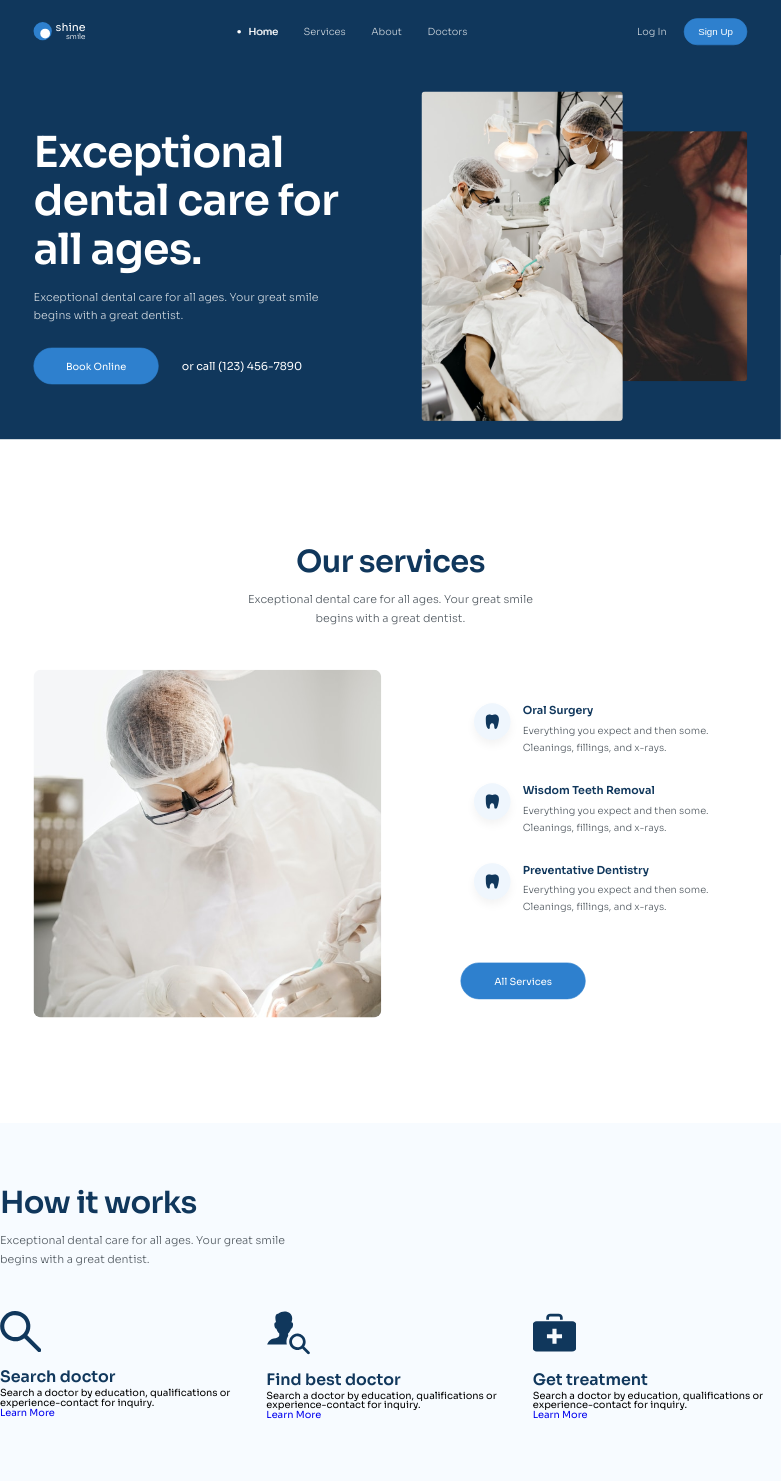
Repository: anhtien111198/f8-htmlcss-03
Page: index.html
These files come from the project's save history. The page is drawn as it stood at one moment and after the next save; the edit follows.
The browser window is 1280 px wide. The pictures show the whole page, at 61% of full size.

Above is the page before, as saved 2023-05-13 14:29:13.

### index.html
<!DOCTYPE html>
<html lang="en">
    <head>
        <meta charset="UTF-8" />
        <meta http-equiv="X-UA-Compatible" content="IE=edge" />
        <meta name="viewport" content="width=device-width, initial-scale=1.0" />
        <title>shine smile</title>
        <!-- favicon -->
        <link
            rel="apple-touch-icon"
            sizes="57x57"
            href="./assets/favicon/apple-icon-57x57.png"
        />
        <link
            rel="apple-touch-icon"
            sizes="60x60"
            href="./assets/favicon/apple-icon-60x60.png"
        />
        <link
            rel="apple-touch-icon"
            sizes="72x72"
            href="./assets/favicon/apple-icon-72x72.png"
        />
        <link
            rel="apple-touch-icon"
            sizes="76x76"
            href="./assets/favicon/apple-icon-76x76.png"
        />
        <link
            rel="apple-touch-icon"
            sizes="114x114"
            href="./assets/favicon/apple-icon-114x114.png"
        />
        <link
            rel="apple-touch-icon"
            sizes="120x120"
            href="./assets/favicon/apple-icon-120x120.png"
        />
        <link
            rel="apple-touch-icon"
            sizes="144x144"
            href="./assets/favicon/apple-icon-144x144.png"
        />
        <link
            rel="apple-touch-icon"
            sizes="152x152"
            href="./assets/favicon/apple-icon-152x152.png"
        />
        <link
            rel="apple-touch-icon"
            sizes="180x180"
            href="./assets/favicon/apple-icon-180x180.png"
        />
        <link
            rel="icon"
            type="image/png"
            sizes="192x192"
            href="./assets/favicon/android-icon-192x192.png"
        />
        <link
            rel="icon"
            type="image/png"
            sizes="32x32"
            href="./assets/favicon/favicon-32x32.png"
        />
        <link
            rel="icon"
            type="image/png"
            sizes="96x96"
            href="./assets/favicon/favicon-96x96.png"
        />
        <link
            rel="icon"
            type="image/png"
            sizes="16x16"
            href="./assets/favicon/favicon-16x16.png"
        />
        <link rel="manifest" href="./assets/favicon/manifest.json" />
        <meta name="msapplication-TileColor" content="#ffffff" />
        <meta
            name="msapplication-TileImage"
            content="./assets/favicon/ms-icon-144x144.png"
        />
        <meta name="theme-color" content="#ffffff" />
        <!-- font -->
        <link rel="preconnect" href="https://fonts.googleapis.com" />
        <link rel="preconnect" href="https://fonts.gstatic.com" crossorigin />
        <link
            href="https://fonts.googleapis.com/css2?family=Sora:wght@200;300;400;500;600;700;800&display=swap"
            rel="stylesheet"
        />
        <!-- reset css -->
        <link rel="stylesheet" href="./assets/css/reset.css" />
        <!-- style css -->
        <link rel="stylesheet" href="./assets/css/style.css" />
    </head>
    <body>
        <!-- header -->
        <header class="header">
            <div class="container">
                <!-- header top -->
                <div class="header-top">
                    <!-- logo -->
                    <a href="/">
                        <div class="logo">
                            <span class="logo__circle"></span>
                            <span class="logo__text">
                                <span class="logo__brand">shine</span>
                                <span class="logo__brand logo__brand--small">
                                    smile
                                </span>
                            </span>
                        </div>
                    </a>
                    <!-- navbar -->
                    <nav class="navbar">
                        <ul class="navbar__list">
                            <li class="navbar__item">
                                <a
                                    href="#!"
                                    class="navbar__link navbar__link--active"
                                >
                                    Home
                                </a>
                            </li>
                            <li class="navbar__item">
                                <a href="#!" class="navbar__link">Services</a>
                            </li>
                            <li class="navbar__item">
                                <a href="#!" class="navbar__link">About</a>
                            </li>
                            <li class="navbar__item">
                                <a href="#!" class="navbar__link">Doctors</a>
                            </li>
                        </ul>
                    </nav>
                    <!-- action -->
                    <div class="header-action">
                        <a href="#!" class="header-action__login">Log In</a>
                        <button href="#!" class="btn header-action__signup">
                            Sign Up
                        </button>
                    </div>
                </div>
                <!-- Hero -->
                <section class="hero">
                    <!-- hero content -->
                    <section class="hero__content">
                        <h1 class="hero__heading">
                            Exceptional dental care for all ages.
                        </h1>
                        <p class="hero__desc">
                            Exceptional dental care for all ages. Your great
                            smile begins with a great dentist.
                        </p>
                        <div class="hero__row">
                            <a href="" class="btn">Book Online</a>
                            <span class="hero__phone"
                                >or call (123) 456-7890</span
                            >
                        </div>
                    </section>
                    <!-- hero media -->
                    <div class="hero__media">
                        <figure class="hero__images">
                            <img
                                src="./assets/image/hero-01jpg.jpg"
                                alt=""
                                class="hero__img"
                            />
                            <img
                                src="./assets/image/hero-02.jpg"
                                alt=""
                                class="hero__img"
                            />
                        </figure>
                    </div>
                </section>
            </div>
        </header>
        <main style="height: 5000">
            <!-- service -->
            <section class="service">
                <div class="container">
                    <h2 class="service__heading section-heading">
                        Our services
                    </h2>
                    <p class="service__desc section-desc">
                        Exceptional dental care for all ages. Your great smile
                        begins with a great dentist.
                    </p>
                    <div class="service__row">
                        <figure class="service__images">
                            <img
                                src="./assets/image/service-1.jpg"
                                alt=""
                                class="service__img"
                            />
                        </figure>
                        <div>
                            <div class="service__list">
                                <!-- service item 1 -->
                                <section class="service-item">
                                    <div class="service-item__icon">
                                        <svg
                                            width="22"
                                            height="24"
                                            viewBox="0 0 22 24"
                                            fill="none"
                                            xmlns="http://www.w3.org/2000/svg"
                                        >
                                            <path
                                                d="M20.3598 2.63964C17.9506 -0.556131 14.2772 -0.568132 11.2481 1.10682C11.001 1.24657 10.7219 1.31411 10.4406 1.30222C10.1592 1.29033 9.88633 1.19945 9.65105 1.03931C8.49552 0.245717 7.29036 -0.316477 5.13904 0.207462C0.623408 1.3071 0 4.90379 0 8.99816C0.0797353 12.1602 0.500857 15.3032 1.25551 18.3683C2.11836 22.0168 3.90382 24 5.43354 24C6.96326 24 7.00963 22.2204 7.00963 20.8016C7.00963 19.2009 7.39505 14.8009 10.8642 14.8009C13.5317 14.8009 14.3333 18.4013 14.3333 20.8016C14.3329 23.095 15.1722 24 16.6628 24C19.5267 24 20.9796 15.3938 21.3719 13.1237C21.7642 10.8535 22.9882 6.12569 20.3598 2.63964Z"
                                                fill="currentColor"
                                            />
                                        </svg>
                                    </div>
                                    <div class="service-item__body">
                                        <h3 class="service-item__heading">
                                            Oral Surgery
                                        </h3>
                                        <p class="service-item__desc">
                                            Everything you expect and then some.
                                            Cleanings, fillings, and x-rays.
                                        </p>
                                    </div>
                                </section>
                                <!-- service item 2 -->
                                <section class="service-item">
                                    <div class="service-item__icon">
                                        <svg
                                            width="22"
                                            height="24"
                                            viewBox="0 0 22 24"
                                            fill="none"
                                            xmlns="http://www.w3.org/2000/svg"
                                        >
                                            <path
                                                d="M20.3598 2.63964C17.9506 -0.556131 14.2772 -0.568132 11.2481 1.10682C11.001 1.24657 10.7219 1.31411 10.4406 1.30222C10.1592 1.29033 9.88633 1.19945 9.65105 1.03931C8.49552 0.245717 7.29036 -0.316477 5.13904 0.207462C0.623408 1.3071 0 4.90379 0 8.99816C0.0797353 12.1602 0.500857 15.3032 1.25551 18.3683C2.11836 22.0168 3.90382 24 5.43354 24C6.96326 24 7.00963 22.2204 7.00963 20.8016C7.00963 19.2009 7.39505 14.8009 10.8642 14.8009C13.5317 14.8009 14.3333 18.4013 14.3333 20.8016C14.3329 23.095 15.1722 24 16.6628 24C19.5267 24 20.9796 15.3938 21.3719 13.1237C21.7642 10.8535 22.9882 6.12569 20.3598 2.63964Z"
                                                fill="currentColor"
                                            />
                                        </svg>
                                    </div>
                                    <div class="service-item__body">
                                        <h3 class="service-item__heading">
                                            Wisdom Teeth Removal
                                        </h3>
                                        <p class="service-item__desc">
                                            Everything you expect and then some.
                                            Cleanings, fillings, and x-rays.
                                        </p>
                                    </div>
                                </section>
                                <!-- service item 3 -->
                                <section class="service-item">
                                    <div class="service-item__icon">
                                        <svg
                                            width="22"
                                            height="24"
                                            viewBox="0 0 22 24"
                                            fill="none"
                                            xmlns="http://www.w3.org/2000/svg"
                                        >
                                            <path
                                                d="M20.3598 2.63964C17.9506 -0.556131 14.2772 -0.568132 11.2481 1.10682C11.001 1.24657 10.7219 1.31411 10.4406 1.30222C10.1592 1.29033 9.88633 1.19945 9.65105 1.03931C8.49552 0.245717 7.29036 -0.316477 5.13904 0.207462C0.623408 1.3071 0 4.90379 0 8.99816C0.0797353 12.1602 0.500857 15.3032 1.25551 18.3683C2.11836 22.0168 3.90382 24 5.43354 24C6.96326 24 7.00963 22.2204 7.00963 20.8016C7.00963 19.2009 7.39505 14.8009 10.8642 14.8009C13.5317 14.8009 14.3333 18.4013 14.3333 20.8016C14.3329 23.095 15.1722 24 16.6628 24C19.5267 24 20.9796 15.3938 21.3719 13.1237C21.7642 10.8535 22.9882 6.12569 20.3598 2.63964Z"
                                                fill="currentColor"
                                            />
                                        </svg>
                                    </div>
                                    <div class="service-item__body">
                                        <h3 class="service-item__heading">
                                            Preventative Dentistry
                                        </h3>
                                        <p class="service-item__desc">
                                            Everything you expect and then some.
                                            Cleanings, fillings, and x-rays.
                                        </p>
                                    </div>
                                </section>
                            </div>
                            <a href="#!" class="btn">All Services</a>
                        </div>
                    </div>
                </div>
            </section>
            <!-- how its works -->
            <section class="work">
                <h2 class="section-heading">How it works</h2>
                <p class="section-desc work__desc">
                    Exceptional dental care for all ages. Your great smile
                    begins with a great dentist.
                </p>
                <div class="work__list">
                    <!-- work item 1 -->
                    <div class="work-item">
                        <img
                            src="./assets/icons/search.svg"
                            alt=""
                            class="work-item__icon"
                        />
                        <h3 class="work-item__heading">Search doctor</h3>
                        <p class="work-item__desc">
                            Search a doctor by education, qualifications or
                            experience-contact for inquiry.
                        </p>
                        <a href="#!" class="work__more">Learn More</a>
                    </div>
                    <!-- work item 2 -->
                    <div class="work-item">
                        <img
                            src="./assets/icons/search-user.svg"
                            alt=""
                            class="work-item__icon"
                        />
                        <h3 class="work-item__heading">Find best doctor</h3>
                        <p class="work-item__desc">
                            Search a doctor by education, qualifications or
                            experience-contact for inquiry.
                        </p>
                        <a href="#!" class="work__more">Learn More</a>
                    </div>
                    <!-- work item 3 -->
                    <div class="work-item">
                        <img
                            src="./assets/icons/bag.svg"
                            alt=""
                            class="work-item__icon"
                        />
                        <h3 class="work-item__heading">Get treatment</h3>
                        <p class="work-item__desc">
                            Search a doctor by education, qualifications or
                            experience-contact for inquiry.
                        </p>
                        <a href="#!" class="work__more">Learn More</a>
                    </div>
                </div>
            </section>
        </main>
    </body>
</html>

### assets/css/style.css
* {
    box-sizing: border-box;
}
:root {
    --header-bg: #10375c;
}
html {
    font-size: 62.5%;
}
body {
    font-size: 1.6rem;
    font-family: "Sora", sans-serif;
}
/* ======Common========= */
a {
    text-decoration: none;
}
.container {
    width: 1170px;
    max-width: calc(100% - 48px);
    margin: 0 auto;
}
.btn {
    --height: 60px;
    display: inline-block;
    min-width: 205px;
    height: var(--height);
    padding: 0 20px;
    border-radius: 99px;
    border: 1px solid #2e80ce;
    font-size: 1.6rem;
    font-weight: 400;
    line-height: var(--height);
    color: #fff;
    text-align: center;
    background: #2e80ce;
}
.btn:hover {
    opacity: 0.9;
    cursor: pointer;
}
.section-heading {
    font-weight: 600;
    font-size: 5rem;
    line-height: 1.2;
    letter-spacing: -0.02em;
    color: #10375c;
}
.section-desc {
    margin-top: 18px;
    font-weight: 300;
    font-size: 1.8rem;
    line-height: 1.67;
    color: #575f66;
}
/* ========header============= */
.header {
    min-height: 100vh;
    padding-top: 30px;
    background: var(--header-bg);
}
.logo {
    position: relative;
    display: inline-flex;
    font-size: 1rem;
}
.logo__circle::after,
.logo__circle::before {
    content: "";
    display: inline-block;
    border-radius: 50%;
}
.logo__circle::before {
    width: 3em;
    height: 3em;
    background: #2e80ce;
}
.logo__circle::after {
    position: absolute;
    top: 1.1em;
    left: 1.1em;
    width: 1.6em;
    height: 1.6em;
    background: #ffffff;
}
.logo__text {
    margin-left: 0.6em;
    text-align: right;
    line-height: 1.6em;
}
.logo__brand {
    display: block;
    font-size: 1.8em;
    font-weight: 400;
    color: #ffffff;
}
.logo__brand--small {
    font-size: 1.2em;
    font-weight: 300;
}
/* ========Header top========== */
.header-top {
    display: flex;
    align-items: center;
    justify-content: space-between;
}
.navbar__list {
    display: flex;
}
.header-action__login,
.navbar__link {
    padding: 4px 21px;
    font-weight: 300;
    font-size: 1.6rem;
    color: #c9d2da;
}
.navbar__link:hover,
.navbar__link--active {
    color: #fff;
    text-shadow: 1px 0 0 currentColor;
}
.navbar__link--active::before {
    position: relative;
    top: -2px;
    left: -8px;
    content: "";
    display: inline-block;
    width: 6px;
    height: 6px;
    border-radius: 50%;
    background: #fff;
}
.header-action {
    display: flex;
    align-items: center;
}
.header-action__login {
    margin-right: 7px;
}
.header-action__signup {
    --height: 44px;
    min-width: 104px;
}
/* ========hero=========== */
.hero {
    display: flex;
    align-items: center;
    margin-top: 76px;
}
.hero__content {
    flex-shrink: 0;
    width: 44%;
}
.hero__media {
    flex-grow: 1;
}
.hero__heading {
    font-weight: 600;
    font-size: 7rem;
    line-height: 1.14;
    letter-spacing: -0.02em;
    color: #ffffff;
}
.hero__desc {
    margin-top: 22px;
    font-weight: 300;
    font-size: 1.8rem;
    line-height: 1.67;
    color: #c9d2da;
}
.hero__row {
    display: flex;
    align-items: center;
    margin-top: 38px;
}
.hero__phone {
    margin-left: 38px;
    font-weight: 400;
    font-size: 1.8rem;
    line-height: 1.67;
    color: #ffffff;
}
.hero__images {
    display: flex;
    align-items: center;
    justify-content: flex-end;
}
.hero__img {
    width: 330px;
    height: 540px;
    border-radius: 6px;
    object-fit: cover;
}
.hero__img:first-child {
    position: relative;
    margin-right: -6px;
}
.hero__img:last-child {
    width: 210px;
    height: 410px;
}
/* ========service=========== */
.service {
    padding: 170px 0;
}
.service__heading,
.service__desc {
    text-align: center;
}
.service__desc {
    width: 468px;
    margin-left: auto;
    margin-right: auto;
}
.service__row {
    display: flex;
    align-items: center;
    justify-content: space-between;
    margin-top: 70px;
}
.service__img {
    width: 570px;
    height: 570px;
    border-radius: 12px;
    object-fit: cover;
}
.service__list {
    margin-bottom: 55px;
}
/* =====service item========= */
.service-item {
    display: flex;
    width: 470px;
    padding: 22px;
    background: #ffffff;
    border-radius: 10px;
    transition: 0.25s;
}
.service-item:hover {
    position: relative;
    box-shadow: 0px 14px 28px rgba(0, 0, 0, 0.05);
}
.service-item:hover .service-item__icon {
    background: #2e80ce;
    color: #fff;
}
.service-item__icon {
    display: flex;
    align-items: center;
    justify-content: center;
    flex-shrink: 0;
    width: 60px;
    height: 60px;
    border-radius: 50%;
    color: #10375c;
    background: #eff6fd;
    box-shadow: 0px 8px 16px rgba(0, 0, 0, 0.05);
    transition: 0.25s;
}
.service-item__body {
    margin-left: 20px;
}
.service-item__heading {
    font-weight: 600;
    font-size: 1.8rem;
    line-height: 1.27;
    color: #10375c;
}
.service-item__desc {
    margin-top: 8px;
    font-weight: 300;
    font-size: 1.6rem;
    line-height: 1.75;
    color: #575f66;
}
/* ========work======= */
.work {
    padding: 100px 0;
    background: #f7fbff;
}
.work__desc {
    width: 468px;
}
.work__list {
    display: grid;
    grid-template-columns: repeat(3, 1fr);
    column-gap: 30px;
    margin-top: 70px;
}
.work-item__heading {
    margin-top: 20px;
    font-weight: 600;
    font-size: 2.6rem;
    line-height: 1.38;
    color: #10375c;
}

Loaded but not shown: assets/css/reset.css (common file)

After the next save:
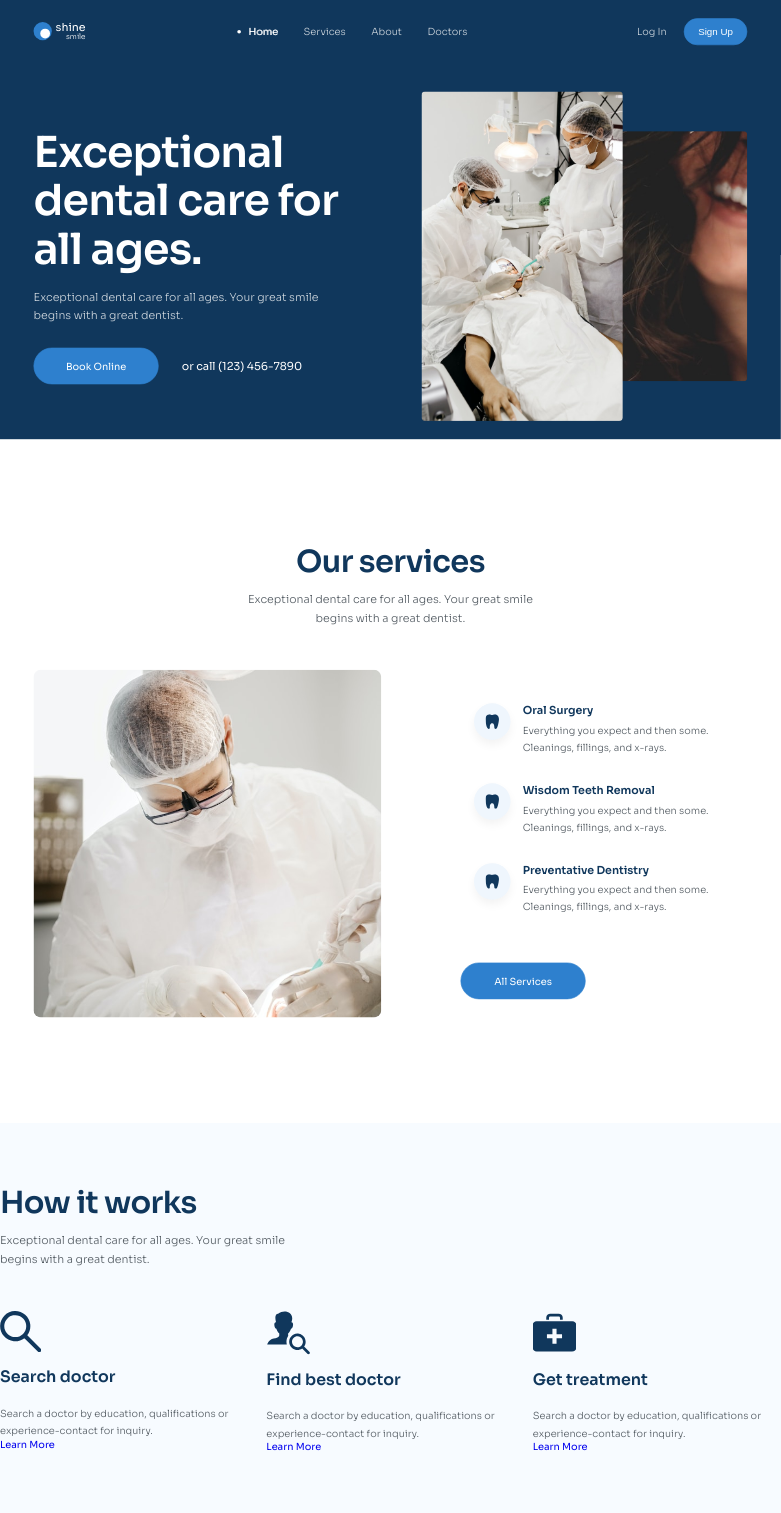
Saved 56 s later.
--- a/assets/css/style.css
+++ b/assets/css/style.css
@@ -294,3 +294,10 @@ a {
     line-height: 1.38;
     color: #10375c;
 }
+.work-item__desc {
+    margin-top: 28px;
+    font-weight: 300;
+    font-size: 1.6rem;
+    line-height: 1.75;
+    color: #575f66;
+}
